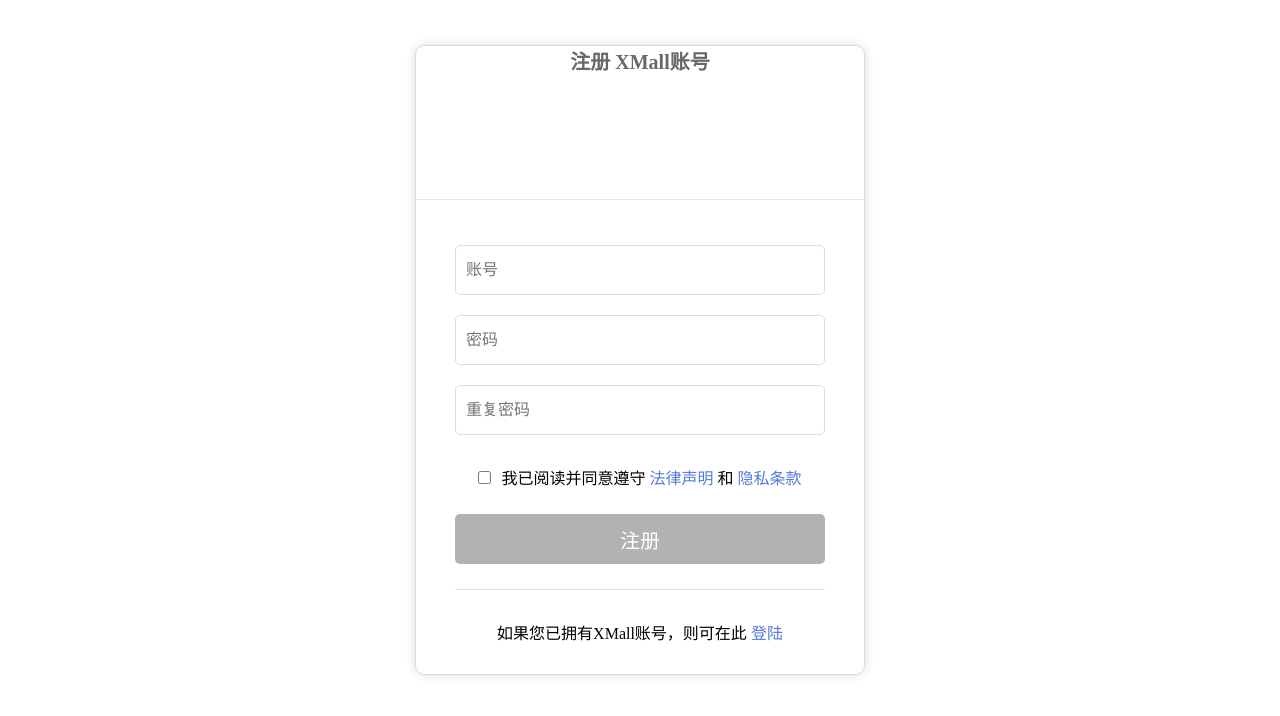
Repository: dingqihui1997/xmall-demo
Page: /signin
The author's editor kept a copy of each file at every save. The page is drawn from the files as they stood at one save, then again after the next save.
The browser window is 1280 px wide. The pictures show the whole page.
The project was rebuilt for these pictures with package versions that can differ from the ones it lists, and the page was loaded fresh each time. Also part of the build but not shown: vue.config.js, src/views/Home.vue.

Above is the page before, as saved 2021-06-29 17:29:54.

### src/main.js
import Vue from 'vue'
import App from './App.vue'
import router from './router'
import store from './store'
import ElementUI from 'element-ui';
import 'element-ui/lib/theme-chalk/index.css';
Vue.use(ElementUI);
Vue.config.productionTip = false

new Vue({
  router,
  store,
  render: h => h(App)
}).$mount('#app')

### src/App.vue
<template>
  <div id="app">
    <router-view />
  </div>
</template>

<style lang="scss">
@import "./styles/common";
@import "./styles/ui";
</style>

### src/router/index.js
import Vue from 'vue'
import VueRouter from 'vue-router'
import Home from '../views/Home.vue'

Vue.use(VueRouter)

const routes = [
  {
    path: '/',
    name: 'Home',
    component: Home
  },
  {//登录
    path: '/signin',
    name: 'Signin',
    component: () => import('../components/signin/Signin.vue')
  },
  {//注册
    path: '/register',
    name: 'Register',
    component: () => import('../components/register/Register.vue')
  },


]

const router = new VueRouter({
  mode: 'history',
  base: process.env.BASE_URL,
  routes
})

export default router

### src/styles/common.scss
 * {
     margin: 0;
     padding: 0;
 }

 .center {
     //居中显示
     margin: auto;
     position: absolute;
     top: 0;
     bottom: 0;
     left: 0;
     right: 0;
 }

 * {
     box-sizing: border-box;
 }

 .wi100 {
     width: 100%;
 }

 .hei100 {
     height: 100%;
 }

 .pflex {
     position: fixed;
     /* 固定定位 */
 }

 .flex {
     display: flex;
 }

 .flex-wrap {
     /* 子元素换行排列 */
     display: flex;
     flex-wrap: wrap;
     align-items: center;
 }

 .flex-j {
     display: flex;
     justify-content: center;
     /* 水平方向居中 */
 }

 .flex-a {
     display: flex;
     align-items: center;
     /* 垂直方向居中 */
 }

 .flex-ja {
     /* felx-ja 垂直水平方向居中 */
     display: flex;
     align-items: center;
     justify-content: center;
 }

 .flex-sb {
     /* flex-sb 子元素两边排列 */
     display: flex;
     justify-content: space-between;
 }

 .flex-sba {
     /* flex-sb 子元素两边排列 bing居中 */
     display: flex;
     justify-content: space-between;
     align-items: center;
 }

 .flex-d {
     /* z子元素竖向排列 */
     display: flex;
     flex-direction: column;
 }

 .flex-di {
     /* 子元素竖向排列并居中 */
     display: flex;
     flex-direction: column;
     align-items: center;
 }

 .flex-dj {
     /* 子元素竖向排列并居中 */
     display: flex;
     flex-direction: column;
 }

 .flex-dji {
     /* 子元素竖向排列并水平垂直居中 */
     display: flex;
     flex-direction: column;
     align-items: center;
     justify-content: center;
 }

 .pad-t10 {
     padding-top: 10px;
 }

 .pad-t15 {
     padding-top: 15px;
 }

 .margin-r55 {
     margin-right: 55px;
 }

 .marginauto {
     margin: 0 auto;
 }

 .img100 {
     width: 100%;
     height: 100%;
 }

 .img50 {
     width: 50%;
     height: 50%;
 }

 .imgh100 {
     height: 100%;
 }

 .img45 {
     width: 45%;
     height: 45%;
 }

 .img80 {
     width: 80%;
     height: 80%;
 }

 .font20 {
     font-size: 20px;
 }

 .font18 {
     font-size: 18px;
 }

 .font16 {
     font-size: 16px;
 }

 .font14 {
     font-size: 14px;
 }

 .font12 {
     font-size: 12px;
 }

 .flex1 {
     flex: 1;
 }

 .flex2 {
     flex: 1.5;
 }

 .color30 {
     color: #000000;
 }

 .color3f {
     /* 白色 */
     color: #fff;
 }

 .margin-t10 {
     margin-top: 10px;
 }

 .margin-t5 {
     margin-top: 5px;
 }

 .margin-t20 {
     margin-top: 20px;
 }

 .margin-r5 {
     margin-right: 5px;
 }

 .margin-r15 {
     margin-right: 15px;
 }

 .margin-r10 {
     margin-right: 10px;
 }

 .margin-r20 {
     margin-right: 20px;
 }

 .margin-r30 {
     margin-right: 30px;
 }

 .margin-l10 {
     margin-left: 10px;
 }

 .margin-l20 {
     margin-left: 20px;
 }

 .margin-b10 {
     margin-bottom: 10px;
 }

 .text-de {
     /* 有下划线 */
     text-decoration: underline;
 }

 .text-li {
     text-decoration: line-through;
     /* 删除线 */
 }

 .font-w7 {
     /* 加粗 */
     font-weight: 700;
 }

 .fontstyle-i {
     /* 斜体 */
     font-style: italic;
 }

 .shuoming {
     position: relative;
     top: 55px
 }

 .textr {
     text-align: right;
 }

### src/styles/ui.scss
.login {
    .el-input__inner {
        width: 370px;
        height: 50px;
    }

    .el-input__suffix {
        position: absolute;
        right: 50px;
    }

    .el-input {
        position: relative;
    }
}

### src/components/signin/Signin.vue
<template>
  <!-- 登录页面 -->
  <div class="one">
    <div class="box center flex-d login">
      <div class="top">
        <div class="flex-ja"></div>
        <div class="flex-ja">注册 XMall账号</div>
      </div>
      <!-- 账号 -->
      <div class="flex-ja name">
        <input type="text" placeholder="账号" class="ipt" v-model="username" />
      </div>
      <!-- 密码 -->
      <div class="flex-ja name">
        <input
          type="password"
          placeholder="密码"
          class="ipt"
          v-model="password"
        />
      </div>
      <!-- 重复密码 -->
      <div class="flex-ja name">
        <input
          type="password"
          placeholder="重复密码"
          class="ipt"
          v-model="Repeat"
        />
      </div>
      <div class="flex-ja choice">
        <input type="checkbox" class="inpt" v-model="checked" />
        我已阅读并同意遵守<span>&nbsp;法律声明&nbsp;</span>和<span
          >&nbsp;隐私条款</span
        >
      </div>
      <div class="flex-ja regis">
        <!-- 动态绑定属性，最先是true禁用状态 -->
        <button
          :disabled="flag"
          :class="{ back: flag === false }"
          @click="goto"
        >
          注册
        </button>
      </div>
      <div class="flex-ja">
        <div class="bottom flex-ja">
          如果您已拥有XMall账号，则可在此<span>&nbsp;登陆</span>
        </div>
      </div>
    </div>
  </div>
</template>

<script>
import axios from "axios";
export default {
  name: "",
  props: {},
  data() {
    return {
      username: "",
      password: "",
      Repeat: "",
      flag: true, //最开始禁用按钮
      checked: false,
    };
  },
  components: {},
  methods: {
    goto() {
      if (this.checked === false) {
        this.$message.error("您未勾选同意我们的相关注册协议");
      }
      if (this.password !== this.Repeat) {
        this.$message.error("两次输入的密码不相同");
      }
      if (this.password === this.Repeat && this.checked === true) {
        axios
          .post("/api/users/register", {
            username: this.username,
            password: this.password,
          })
          .then((res) => {
            console.log(res);
          })
          .catch((err) => {
            console.log("请求失败", err);
          });
      }
    },
  },
  mounted() {},
  computed: {},
  watch: {
    username(val) {
      this.username = val;
    },
    password(val) {
      this.password = val;
    },
    Repeat(val) {
      //账号和密码都输入了内容后，然后就不禁用button
      this.Repeat = val;
      if (this.username !== "" && this.password !== "" && val !== "") {
        this.flag = false;
        // console.log(val);
      } else {
        this.flag = true;
      }
    },
  },
};
</script>

<style lang='scss' scoped>
.box {
  width: 450px;
  height: 630px;
  border: 1px solid #dadada;
  border-radius: 10px;
  box-shadow: 0 0 10px #dadada;
}
.one {
  height: 100vh;
}
.top {
  height: 240px;
  border-bottom: 1px solid #e7e7e7;
  font-size: 20px;
  color: #66696a;
  font-weight: 700;
  margin-bottom: 35px;
}
.ipt {
  width: 370px;
  height: 50px;
  outline: none;
  border: 1px #dcdcdc solid;
  border-radius: 5px;
  padding-left: 10px;
  font-size: 16px;
}
button {
  margin: 25px 0px;
  width: 370px;
  height: 50px;
  border-radius: 5px;
  border: none;
  color: #fff;
  font-size: 20px;
  background-color: #b2b2b2; //最开始设置成灰色背景颜色
}

span {
  color: #527bd9;
}

.name {
  margin-top: 10px;
  margin-bottom: 10px;
  text-align: center;
}
.choice {
  margin-top: 20px;
}
.regis {
  padding: 0 35px;
}
.inpt {
  margin-right: 10px;
}
.bottom {
  width: 370px;
  border-top: 1px #e0e0df solid;
  padding: 30px 0;
}
.back {
  background-color: #5f86e4; //当按钮不禁用的时候就显示蓝色，然后添加hover的效果
  &:hover {
    background-color: #6283cf;
  }
}
</style>

Loaded but not shown: public/index.html (common file); src/store/index.js (common file)

After the next save:
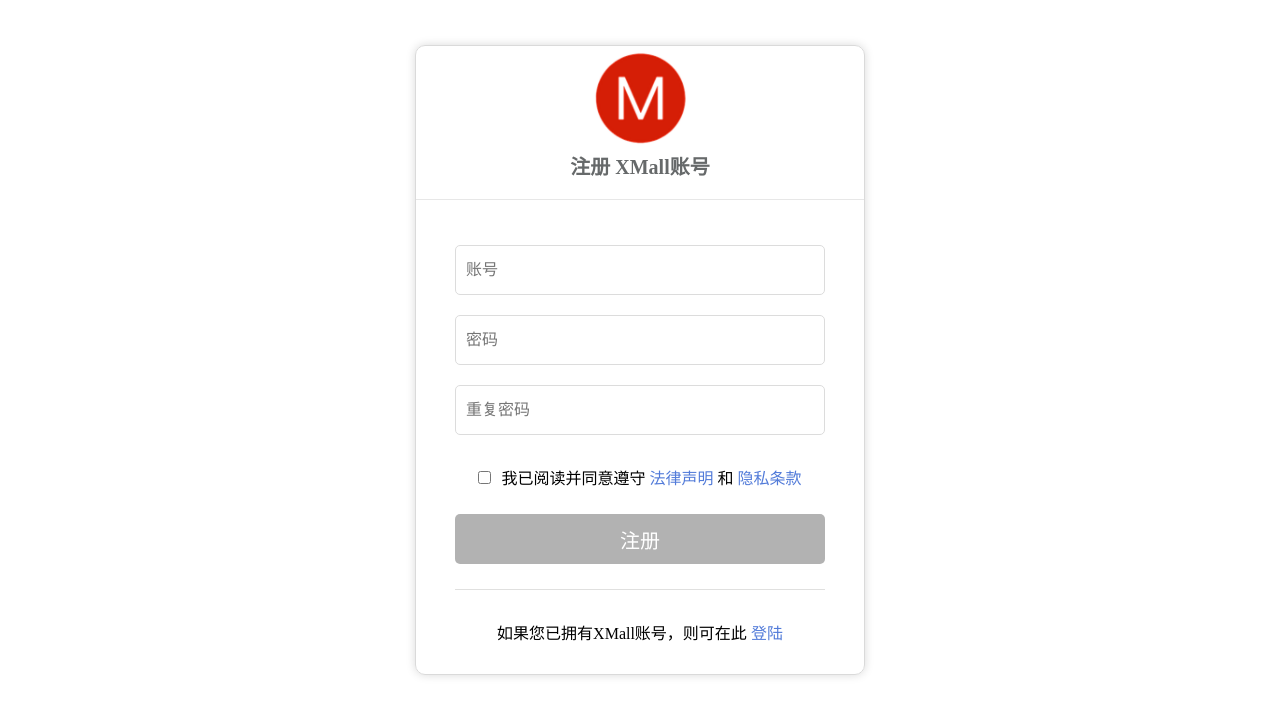
Saved 45 s later.
--- a/src/components/signin/Signin.vue
+++ b/src/components/signin/Signin.vue
@@ -3,7 +3,7 @@
   <div class="one">
     <div class="box center flex-d login">
       <div class="top">
-        <div class="flex-ja"></div>
+        <div class="flex-ja"><img src="../../assets/log1.png" alt="" /></div>
         <div class="flex-ja">注册 XMall账号</div>
       </div>
       <!-- 账号 -->
